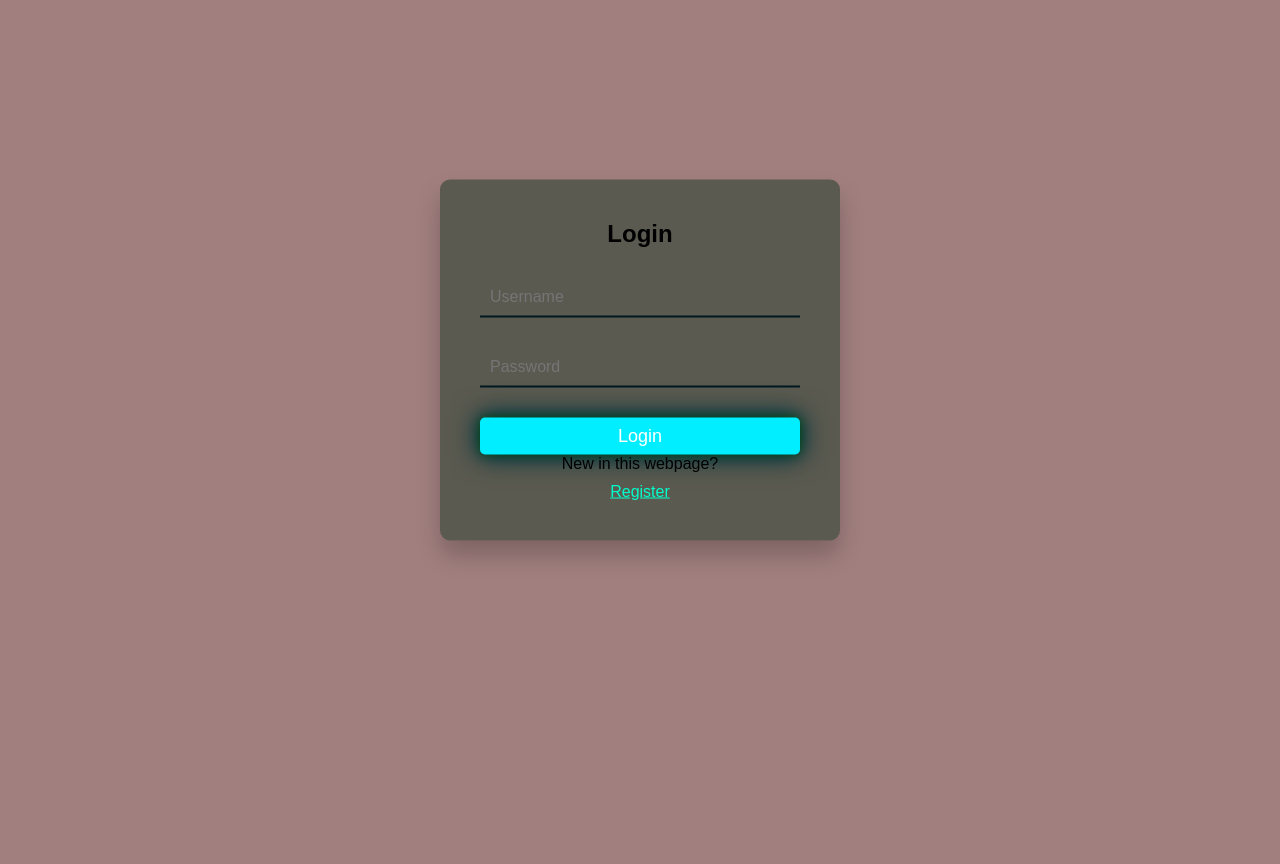
Repository: SRBshakib/Safe-Food---DBMS-project
Page: Organaization/login.html
An editor plug-in stored every save of this project. The page is shown before and after the next save, followed by the edit.
The browser window is 1280 px wide. The pictures show the whole page.
The pointer rests on the first visible `.btn`.

Above is the page before, as saved 2024-11-10 22:09:31.

After the next save:
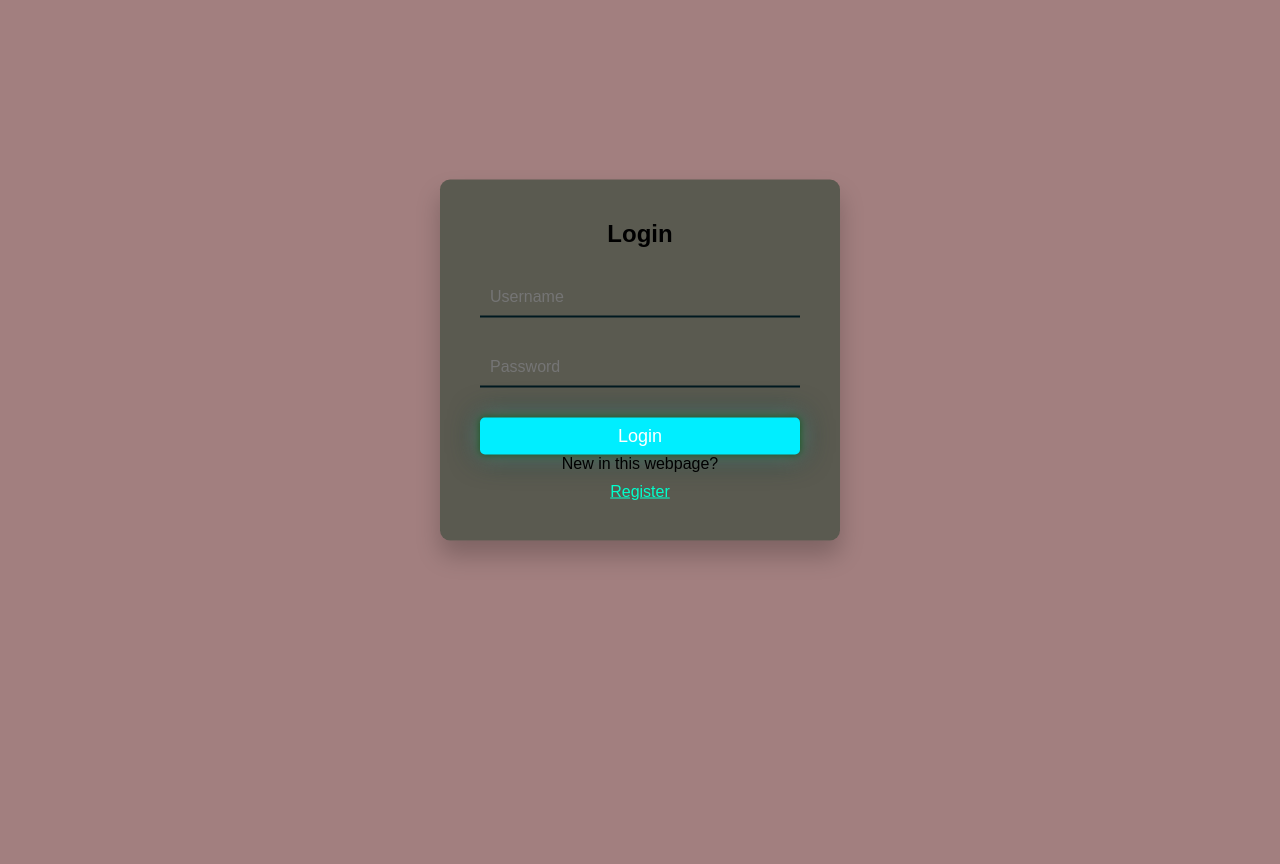
Saved 10 s later.
--- a/Organaization/style_login.css
+++ b/Organaization/style_login.css
@@ -65,7 +65,7 @@ body {
 
 .btn:hover {
     background: #00eeff;
-    box-shadow: 0 0 10px #004e0d, 0 0 20px #002f55, 0 0 30px #003b30;
+    box-shadow: 0 0 10px #004e0d, 0 0 20px #91979b, 0 0 30px #003b30;
 }
 
 .register {
